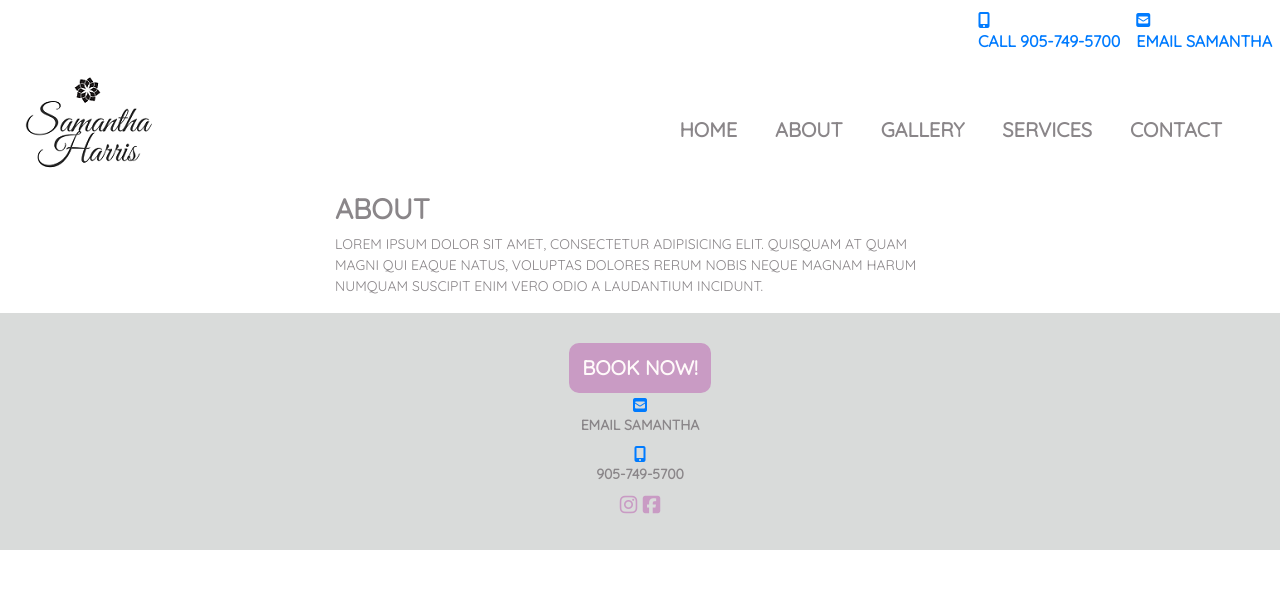
Repository: JayneyNix/milestone-1-UCFD
Page: about.html
The author's editor kept a record of every edit. The page is drawn from the files as they stood at one moment, then again after the next edit.
The browser window is 1280 px wide. The pictures show the whole page.
Some web libraries are served in a nearby version.

Above is the page before.

### about.html
<!DOCTYPE html>
<html lang="en">

<head>
    <meta charset="UTF-8">
    <meta name="viewport" content="width=device-width, initial-scale=1.0">
    <meta http-equiv="X-UA-Compatible" content="ie=edge">
    <title>Professional Make-up Artistry | Samantha Harris</title>
    <script src="https://code.jquery.com/jquery-3.3.1.slim.min.js" integrity="sha384-q8i/X+965DzO0rT7abK41JStQIAqVgRVzpbzo5smXKp4YfRvH+8abtTE1Pi6jizo" crossorigin="anonymous"></script>
    <link href="https://stackpath.bootstrapcdn.com/bootstrap/4.3.1/css/bootstrap.min.css" rel="stylesheet" integrity="sha384-ggOyR0iXCbMQv3Xipma34MD+dH/1fQ784/j6cY/iJTQUOhcWr7x9JvoRxT2MZw1T" crossorigin="anonymous" type="text/css">
    <link rel="stylesheet" href="https://cdnjs.cloudflare.com/ajax/libs/hover.css/2.3.1/css/hover-min.css" type="text/css">
    <link rel="stylesheet" href="https://fonts.googleapis.com/css?family=Quicksand">
    <script src="https://kit.fontawesome.com/26094534a3.js" crossorigin="anonymous"></script>
    <link rel="stylesheet" href="Assets/style.css" class="text/css">
</head>

<body>
    <!--Navigation-->

    <div class="d-flex justify-content-end">
        <div class="d-flex contact-header flex-row-reverse align-items-center">
            <div class="p-2"><a class="email-header" href="mailto:bookings@samanthaharris.ca" target="-blank"><i class="fas fa-envelope-square" aria-hidden="true"></i><h4 class="h4 headings">Email Samantha</h4></a></div>
            <div class="p-2"><a class="call-header" href="tel:905-749-5700"><i class="fas fa-mobile-alt" aria-hidden="true"></i><h4 class="h4 headings">Call 905-749-5700</h4></a></div>

        </div>
    </div>






<div class="container-fluid nav-container no-padding">
        <nav class="navbar navbar-light navbar-expand-sm">

            <a class="navbar-brand" href="index.html">
                <img src="Assets/logo.png" class="d-inline-block align-top"
      alt="samantha-harris-logo"/>
      </a>

            <button class="navbar-toggler ml-auto" type="button" data-toggle="collapse" data-target="#navbarNavDropdown" aria-controls="navbarNavDropdown" aria-expanded="false" aria-label="Toggle navigation">
          <span class="navbar-toggler-icon"></span>
      </button>
            <div class="collapse navbar-collapse" id="navbarNavDropdown">
                <ul class="navbar-nav navbar-default ml-auto">
                    <li class="nav-item">
                        <a class="nav-link" href="index.html">Home</a>
                    </li>
                    <li class="nav-item">
                        <a class="nav-link active" href="about.html">About</a>
                    </li>
                    <li class="nav-item">
                        <a class="nav-link" href="gallery.html">Gallery</a>
                    </li>
                    <li class="nav-item">
                        <a class="nav-link" href="services.html">Services</a>
                    </li>
                    <li class="nav-item">
                        <a class="nav-link active" href="contact.html">Contact</a>
                    </li>
                </ul>
            </div>
        </nav>
    </div>


    <!--Navigation-->


    <!--Introduction-->

   <div class="container-fluid no-padding">
        <div class="row">
            <div class="col-md-6 offset-3 home-main-intro">
                <h1 class="h1 headings">About</h1>
                <p class="p headings">Lorem ipsum dolor sit amet, consectetur adipisicing elit. Quisquam at quam magni qui eaque natus, voluptas dolores rerum nobis neque magnam harum numquam suscipit enim vero odio a laudantium incidunt.</p>
            </div>
        </div>
    </div>



    <!--Introduction-->









    <footer class="container-fluid footer-container no-padding">

        <div id="footer" class="row">
            <div class="col-md-12">
                <div class="action">
                    <btn class="footer-button">
                        <a class="contact-link" href="contact.html"><h2 class="h2 headings footer-items">BOOK NOW!</h2></a>
                    </btn>
                </div>

                <div class="col-md-12">
                    <div class="contact-methods">
                        <a class="send-email" href="mailto:bookings@samanthaharris.ca" target="-blank"><i class="fas fa-envelope-square" aria-hidden="true"></i>
                <h5 class="h5 headings">Email Samantha</h5></a>
                        <a class="call" href="tel:905-749-5700"><i class="fas fa-mobile-alt" aria-hidden="true"></i><h5 class="h5 headings">905-749-5700</h5></a>
                    </div>
                </div>

                <div class="col-md-12">
                    <div class="social"></div>
                    <a class="insta" href="https://www.instagram.com" target="-blank"><i class="fab fa-instagram" aria-hidden="true"></i>
                    </a>
                    <a class="facebook" href="https://www.facebook.com" target="-blank"><i class="fab fa-facebook-square" aria-hidden="true"></i></a>
                </div>
            </div>

        </div>


    </footer>


    <script src="https://stackpath.bootstrapcdn.com/bootstrap/4.3.1/js/bootstrap.min.js" integrity="sha384-JjSmVgyd0p3pXB1rRibZUAYoIIy6OrQ6VrjIEaFf/nJGzIxFDsf4x0xIM+B07jRM" crossorigin="anonymous"></script>

    <script src="https://cdnjs.cloudflare.com/ajax/libs/popper.js/1.14.7/umd/popper.min.js" integrity="sha384-UO2eT0CpHqdSJQ6hJty5KVphtPhzWj9WO1clHTMGa3JDZwrnQq4sF86dIHNDz0W1" crossorigin="anonymous"></script>
</body>

</html>

### Assets/style.css
/*Typography*/

.headings {

    font-family: Quicksand, sans-serif;
    text-transform: uppercase;
    font-weight: bold;
}

.h1 {
    font-size: 28px;
    color: #8a8689;
    font-weight: bold;
}

.h2 {
    font-size: 20px;
    font-weight: bold;
}

.h3 {
    font-size: 18px;
    color: #8a8689;
}

.h4 {
    font-size: 16px;
}

.h5 {
    font-size: 14px;
    color: #8a8689;
}

.p {
    font-size: 14px;
    color: #8a8689;
    font-weight: normal;
}

/*Typography*/


/*Contact Header*/

.p-1 .email-header {
    color: #c99bc4;
    text-decoration: none;
}

.p-1 .call-header {
    color: #c99bc4;
    text-decoration: none;
}

.p-1 .email-header:hover {
    color: #8a8689;
}

.p-1 .call-header:hover {
    color: #8a8689;
}

.p-1 .h5 {
    color: #c99bc4;
}

.p-1 .h5:hover {
    color: #8a8689;
}

/*Contact Header*/


/*--Navigation--*/

.nav-container {
    padding-right: 20px;
    padding-left: 0;
}

.navbar {
    background-color: #fff;
    padding: 0;
}

.navbar-brand {
    padding-left: 20px;
    padding-bottom: 20px;
    background-size: cover;
    width: 150;
    height: 150;
}

.navbar-nav {
    padding-right: 30px;
}

.nav-item {
    padding: 20;
}

.nav-link {
    font-family: "Quicksand", sans-serif;
    font-size: 20px;
    font-weight: bold;
    text-decoration: none;
    text-transform: uppercase;
    color: #8a8689!important;
    vertical-align: middle;
    padding-left: 30px!important;
}

.nav-link:hover {
    color: #c99bc4!important;
    transform: scale(1.25);
    transition: ease-in-out;
    transition-duration: 0.3s;
}

.navbar-light .navbar-toggler {
    padding-right: 30px;
    border: 0;
    font-weight: bold;
}

  .navbar-toggler:focus, .navbar-toggler:active {
    outline: none;
    box-shadow: none;
    color: #c99bc4;
  }

@media (max-width: 992px) {
    #navbarNavDropdown {
        text-align: center;
    }
}

/*--Navigation--*/


/*--Footer*/

.container-fluid .footer-container {
    display: inline-block;
    font-size: 0;
}

#footer {
    background-color: #d9dbda;
    text-align: center;
    padding-top: 30px;
    padding-bottom: 30px;
}

.footer-button {
    position: relative;
    display: inline-block;
    font-family: "Quicksand", sans-serif;
    font-size: 20px;
    font-weight: bolder;
    text-transform: uppercase;
    vertical-align: middle;
    border: 3px solid #c99bc4;
    border-radius: 10px;
    padding: 10px;
    text-align: center;
    background-color: #c99bc4;
}

.footer-button .contact-link {
    text-decoration: none;
}

.footer-items {
    color: #fffafa;
    font-weight: bold;
    vertical-align: middle;
    margin: 0;
}

.footer-items:hover {
    color: #8a8689;
    transform: scale(1.1);
    transition: ease-in-out;
    transition-duration: 0.5s;
}

.call-contact .h3 {
    color: #c99bc4;
    text-decoration: none;
}

.a .call-contact {
    text-decoration: none;
}

.email-contact .h3 {
    color: #c99bc4;
    text-decoration: none;
}

.a .email-contact {
    text-decoration: none;
}

.call-contact .h3:hover {
    color: #8a8689;
}

.email-contact .h3:hover {
    color: #8a8689;
}

.insta {
    color: #c99bc4;
    font-size: 20px;
}

.facebook {
    color: #c99bc4;
    font-size: 20px;
}

.insta:hover {
    color: #8a8689;
    text-decoration: none;
}

.facebook:hover {
    color: #8a8689;
    text-decoration: none;
}

/*--Footer*/


/*--Homepage Section 1 - Banner & Intro*/

.home-main-banner {
    max-width: 100%;
    height: 100%;
    padding: 0px 0px 20px;
    margin: 0;
    font-size: 0;
}

#home-main-intro {
    padding: 0;
    margin: 0;
}

.intro-section {
    padding: 0;
    width: 80%;
}

/*--End Homepage Section 1 - Banner & Intro*/


/*--Homepage Section 2 - Testimonials*/

#testimonial-carousel {
    display: block;
    padding: 0;
    font-size: 0;
    margin-bottom: 20px;
    height: 300px;
}

.carousel-image {
    height: 300px;
}

.carousel-caption {
    position: absolute;
    left: 50%;
    top: 40%;
    transform: translate(-50%, -50%);
    overflow: hidden;
    width: 80%;
}

.carousel-heading {
    color: #8a8689;
    font-style: italic;
    font-weight: bolder;
}

.carousel-text {
    font-style: italic;
    font-weight: bolder;
}

.box {
    border: 0px transparent;
    border-radius: 50%;
    background-color: #fffafa;
    padding: 30px;
}

/*--End Homepage Section 2 - Testimonials*/


/*--Gallery--*/

.gallery-container {
    padding-bottom: 20px;
}

/*--End Gallery--*/


/*--Contact Page Form--*/

.contact-main-banner {
    max-width: 100%;
    padding: 0px 0px 20px;
    margin: 0;
    font-size: 0;
}

.contact-image {
    height: 420px;
}

.contact-intro {
    padding: 0;
    margin: 0;
}

.contact-container {
    width: 100%;
    padding-bottom: 20px;
    margin: 20px 0px;
    padding-left: 0;
    padding-right: 0;
    vertical-align: middle;
    background-color: #fffafa;
}

.row-top {
    padding-top: 40px;
}

.row-second-section  {
    padding-top: 20px;
}

.row-bottom {
    padding-top:20px;
}

.send-btn {
    vertical-align: middle;
    border: 3px solid #c99bc4;
    border-radius: 10px;
    padding: 10px;
    text-align: center;
    background-color: #c99bc4;
    color: #fffafa;
    font-weight: bolder;
}

.send-btn:hover {
    color: #8a8689;
    transform: scale(1.1);
    transition: ease-in-out;
    transition-duration: 0.5s;
}

.form-control::placeholder {
    font-family: Quicksand, 'sans-serif';
    font-size: 14px;
    font-style: italic;
    font-weight: bold;
    text-transform: uppercase;
    color:#8a8689;
}

::-webkit-datetime-edit-text {
    color: #8a8689;
    padding: 0 0.3em;
    text-transform: uppercase;
    font-family: Quicksand, 'sans-serif';
    font-size: 14px;
    font-style: italic;
    font-weight: bold;
    }

/*--End contact page form--*/

After the next edit:
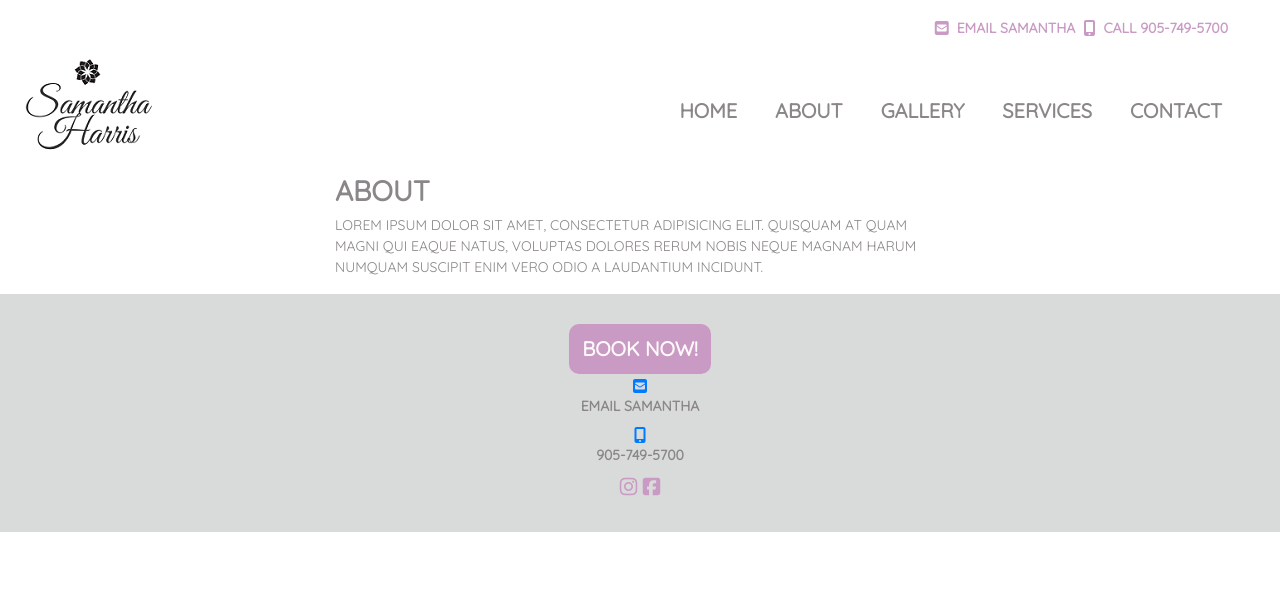
The edit:
--- a/about.html
+++ b/about.html
@@ -15,23 +15,29 @@
 </head>
 
 <body>
-    <!--Navigation-->
+     <!--Navigation-->
 
-    <div class="d-flex justify-content-end">
-        <div class="d-flex contact-header flex-row-reverse align-items-center">
-            <div class="p-2"><a class="email-header" href="mailto:bookings@samanthaharris.ca" target="-blank"><i class="fas fa-envelope-square" aria-hidden="true"></i><h4 class="h4 headings">Email Samantha</h4></a></div>
-            <div class="p-2"><a class="call-header" href="tel:905-749-5700"><i class="fas fa-mobile-alt" aria-hidden="true"></i><h4 class="h4 headings">Call 905-749-5700</h4></a></div>
 
+    <div class="fixed-header d-flex flex-row-reverse mt-2 pr-5 align-items-center">
+        <div class="p-1 call-text mt-2">
+            <a class="call-header" href="tel:905-749-5700" target="-blank">
+                <h5 class="h5 headings"><span class="number">Call 905-749-5700</span></h5>
+            </a>
+        </div>
+        <div class="p-1 call-icon"><a class="call-header" href="tel:905-749-5700" target="-blank"><i class="fas fa-mobile-alt" aria-hidden="true"></i></a>
+        </div>
+        <div class="p-1 email-text mt-2">
+            <a class="email-header" href="mailto:bookings@samanthaharris.ca" target="-blank">
+                <span class="call"><h5 class="h5 headings">Email Samantha</h5></span>
+            </a>
+        </div>
+        <div class="p-1 email-icon"><a class="email-header" href="mailto:bookings@samanthaharris.ca" target="-blank"><i class="fas fa-envelope-square" aria-hidden="true"></i></a>
         </div>
     </div>
 
 
-
-
-
-
-<div class="container-fluid nav-container no-padding">
-        <nav class="navbar navbar-light navbar-expand-sm">
+<div class="container-fluid nav-container no-padding" role="navigation">
+        <nav class="navbar navbar-light navbar-expand-lg">
 
             <a class="navbar-brand" href="index.html">
                 <img src="Assets/logo.png" class="d-inline-block align-top"
@@ -44,10 +50,10 @@
             <div class="collapse navbar-collapse" id="navbarNavDropdown">
                 <ul class="navbar-nav navbar-default ml-auto">
                     <li class="nav-item">
-                        <a class="nav-link" href="index.html">Home</a>
+                        <a class="nav-link active" href="index.html">Home</a>
                     </li>
                     <li class="nav-item">
-                        <a class="nav-link active" href="about.html">About</a>
+                        <a class="nav-link" href="about.html">About</a>
                     </li>
                     <li class="nav-item">
                         <a class="nav-link" href="gallery.html">Gallery</a>
@@ -55,14 +61,13 @@
                     <li class="nav-item">
                         <a class="nav-link" href="services.html">Services</a>
                     </li>
-                    <li class="nav-item">
-                        <a class="nav-link active" href="contact.html">Contact</a>
+                    <li class="nav-item last">
+                        <a class="nav-link" href="contact.html">Contact</a>
                     </li>
-                </ul>
+                </ul><br>
             </div>
         </nav>
     </div>
-
 
     <!--Navigation-->
 
